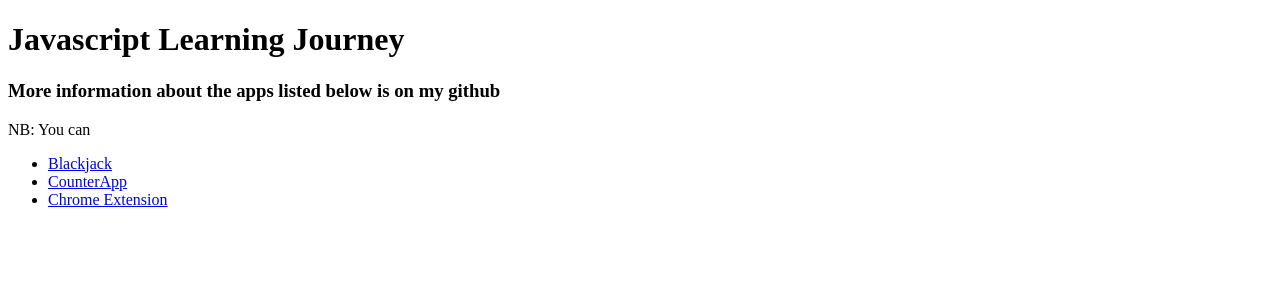
Repository: Siphamandla201/Javascript-Journey
Page: index.html
These files come from the project's save history. The page is drawn as it stood at one moment and after a run of saves; the edit follows.
The browser window is 1280 px wide. The pictures show the whole page.

Above is the page before, as saved 2023-07-27 16:15:01.

After the next 4 saves:
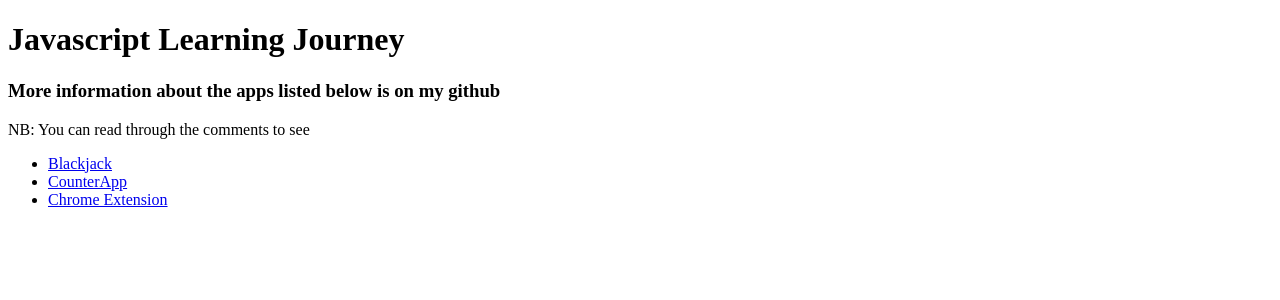
The 4 saves are shown as one change because they came seconds apart.
The last was saved 15 s later.
--- a/index.html
+++ b/index.html
@@ -12,7 +12,7 @@
     <h3>
         More information about the apps listed below is on my github
     </h3>
-    <p>NB: You can </p>
+    <p>NB: You can read through the comments to see </p>
     <ul>
         <li><a href="./Blackjack/Blackjack.html">Blackjack</a></li>
         <li><a href="./CounterApp/Counter.html">CounterApp</a></li>
